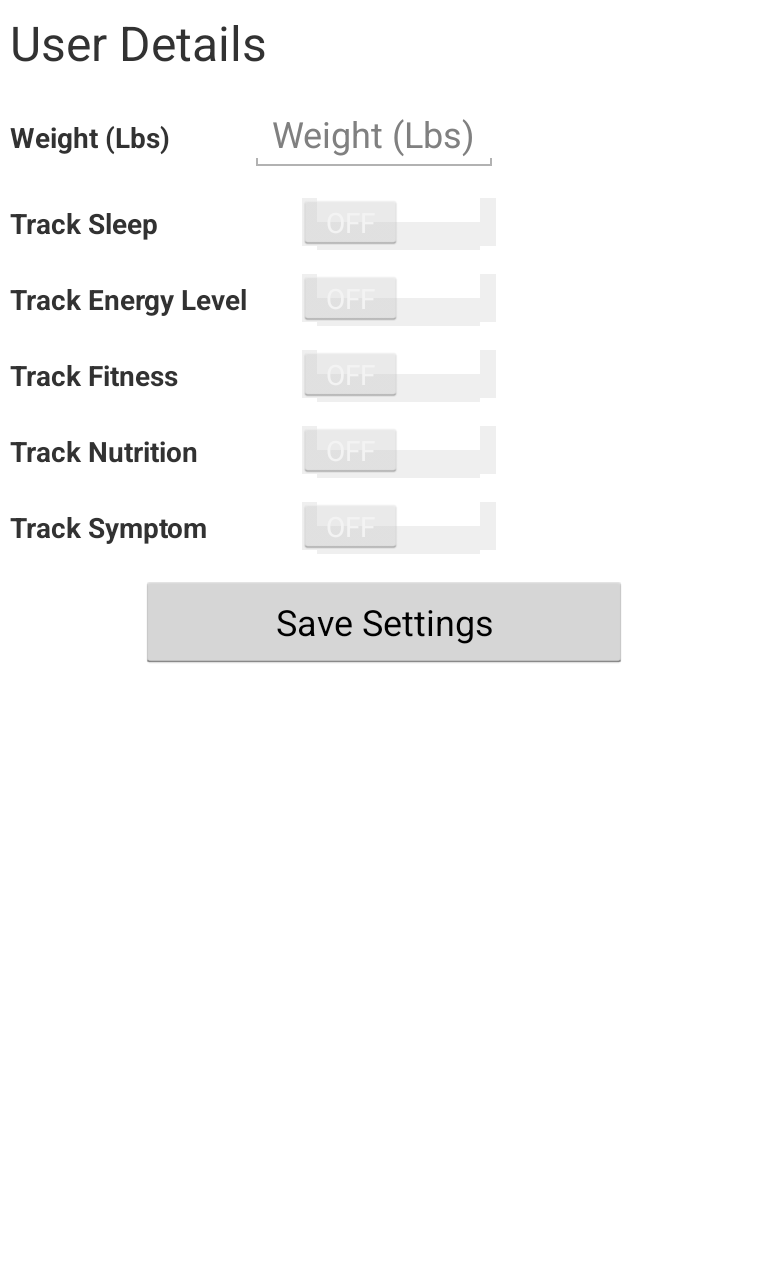
Repository: dillonyoung/CPD4493
Layout: TraCare/res/layout/addentry.xml
An editor plug-in stored every save of this project. The layout is shown before and after the next save, followed by the edit.
It is drawn on a 768 x 1280 px phone screen (xhdpi) without system bars, with theme AppTheme; the app's code is not run.

Above is the layout before, as saved 2013-04-05 22:10:38.

After the next save:
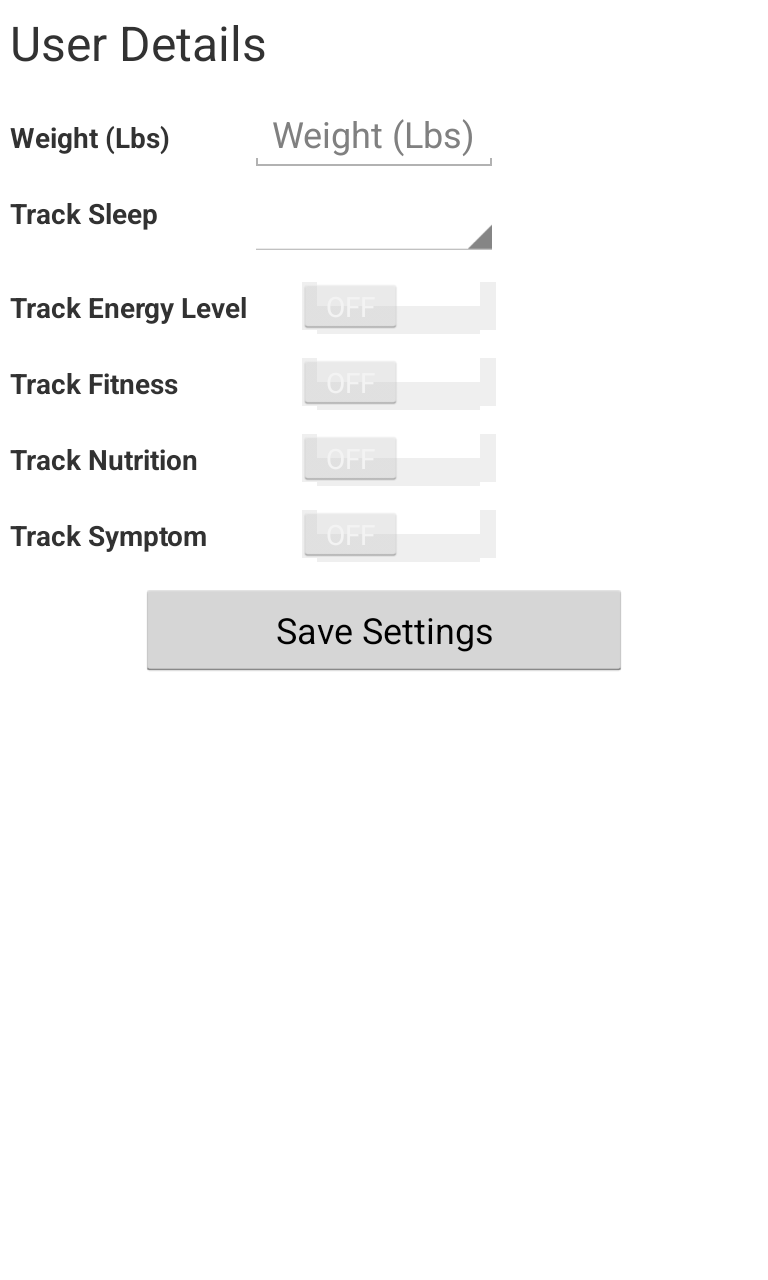
Saved 104 s later.
--- a/TraCare/res/layout/addentry.xml
+++ b/TraCare/res/layout/addentry.xml
@@ -61,11 +61,11 @@
                 android:text="@string/track_sleep"
                 android:textStyle="bold" />
 
-            <Switch
-                android:id="@+id/switchSleep"
+            <Spinner
+                android:id="@+id/spinner1"
                 android:layout_width="wrap_content"
-                android:layout_height="wrap_content"
-                android:text="" />
+                android:layout_height="wrap_content" />
+
         </TableRow>
 
         <TableRow
